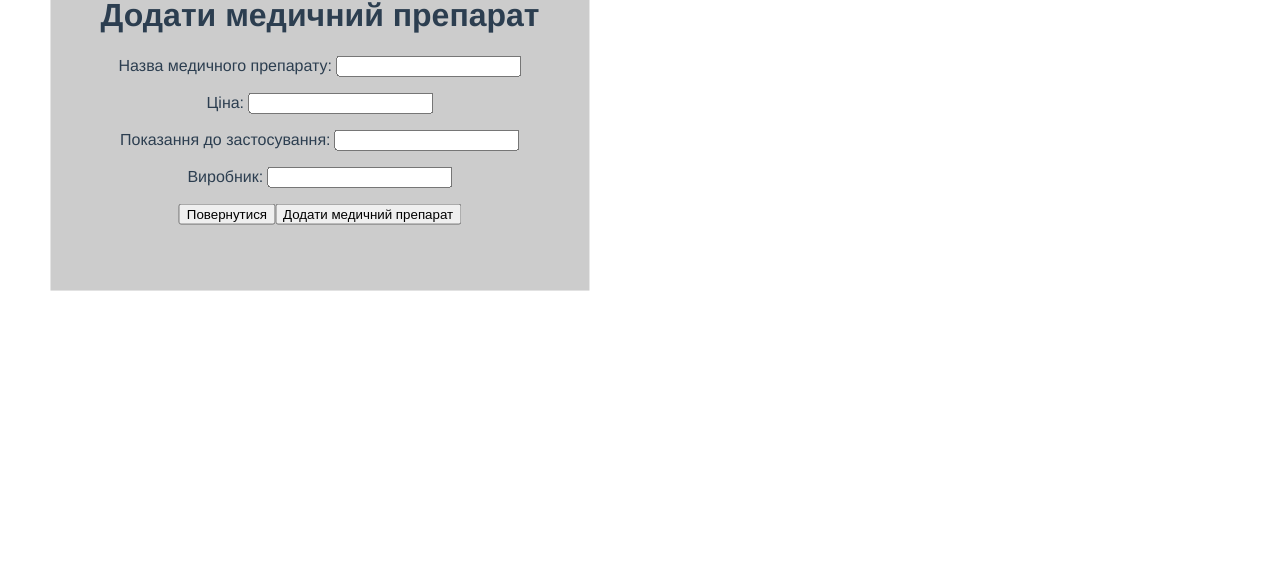
Repository: kristinap8/pharmacy
Page: /add_medicine
The author's editor kept a copy of each file at every save. The page is drawn from the files as they stood at one save, then again after the next save.
The browser window is 1280 px wide. The pictures show the whole page.
The project was rebuilt for these pictures with package versions that can differ from the ones it lists, and the page was loaded fresh each time. Also part of the build but not shown: src/components/EditMedicineForm/index.vue, src/pages/EditMedicine/index.vue, src/components/MedicinesList/MedicineCard/index.vue, src/components/MedicinesList/index.vue, src/pages/AllMedicines/index.vue, src/components/CartForm/index.vue, src/pages/Cart/index.vue.

Above is the page before, as saved 2020-12-09 23:43:35.

### src/main.js
import Vue from 'vue'
import App from './App.vue'
import router from "./router"
import store from "./store"

Vue.config.productionTip = false

new Vue({
  store,
  router,
  render: h => h(App),
}).$mount('#app')

### src/App.vue
<template>
  <div id="app">
    <router-view/>
  </div>
</template>

<script>
export default {
  name: "App",
  components: {},
};
</script>

<style>
#app {
  font-family: Avenir, Helvetica, Arial, sans-serif;
  -webkit-font-smoothing: antialiased;
  -moz-osx-font-smoothing: grayscale;
  color: #2c3e50;
}
</style>

### src/router.js
import Vue from "vue";
import VueRouter from "vue-router";
import AddMedicine from "@/pages/AddMedicine";
import EditMedicine from "@/pages/EditMedicine";
import AllMedicines from "@/pages/AllMedicines";
import Cart from "@/pages/Cart";

Vue.use(VueRouter);

const routes=[
    {
        path:'/',
        name:'all-medicines',
        component:AllMedicines
    },
    {
        path:'/edit_medicine/:medicine_id',
        name:'edit-medicine',
        component:EditMedicine
    },
    {
        path:'/add_medicine',
        name:'add-medicine',
        component:AddMedicine
    },
    {
        path:'/cart',
        name:'cart',
        component:Cart
    },

]

const router=new VueRouter({
    mode:"history",
    routes
});

export default router;

### src/store/index.js
import Vue from "vue";
import Vuex from "vuex";
import { v4 as uuid_v4 } from 'uuid'

Vue.use(Vuex)
const store=new Vuex.Store({
    state:{
      medicinesList:[
          {
              id:1,
              name:'Но-шпа',
              price:60.48,
              requirements:"Спазми гладкої мускулатури, пов'язані з захворюваннями біліарного тракту: холецистолітіаз, холангіолітіаз, холецистит, перихолецистит, холангіт, папіліт. Спазми гладкої мускулатури при захворюваннях сечового тракту: нефролітіаз, уретролітіаз, пієліт, цистит, тенезми сечового міхура.",
              maker:"Chinoin (Угорщина)"

          },
          {
            id:2,
            name:"Діазолін",
            price:19.19,
            requirements:"Профілактика і лікування сезонного та алергічного риніту, полінозу, кропив'янки, харчової та медикаментозної алергії, дерматозів, що супроводжуються свербежем шкіри (екзема, нейродерміт).",
            maker:"Фармак ОАО (Україна, Київ)"

        },
        {
            id:3,
            name:"Амоксил",
            price:81.77,
            requirements:"Інфекції органів дихання, сечостатевої системи, травного тракту (у тому числі у комбінації з метронідазолом або кларитроміцином застосовують для лікування захворювань, асоційованих із Helicobacter pylori), шкіри та м’яких тканин, спричинені чутливими до лікарського засобу мікроорганізмами.",
            maker:"Киевмедпрепарат ОАО (Україна, Київ)"

        }
      ],
      cart:[],
      cartItemsCount:0
    },
    mutations:{
        addMedicine(state, data) {
            state.medicinesList.push({
             id: uuid_v4(),
             ...data,
           })
         },
         deleteMedicine(state,id){
             let medicines=state.medicinesList.filter(medicine=>medicine.id!=id)
             state.medicinesList=medicines;
         },
         editMedicine(state,medicine){
             state.medicinesList.forEach(m=>{
                 if(m.id==medicine.id){
                     m=medicine;
                 }
             } )
         },
         addToCart(state,medicine){
            let isMedicineExists=state.cart.find(m => m.id == medicine.id);

            if (isMedicineExists) {
                isMedicineExists.quantity ++;
                isMedicineExists.totalPrice = (isMedicineExists.quantity * isMedicineExists.price).toFixed(2);
            } else {
                state.cart.push(medicine);

                Vue.set(medicine, 'quantity', 1);
                Vue.set(medicine, 'totalPrice', medicine.price);
            }
             state.cartItemsCount++
         },
         deleteItemFromCart(state,medicine){
            let index = state.cart.indexOf(medicine);
            if (index > -1) {
                let item= state.cart[index];
                state.cartItemsCount -= item.quantity;
                state.cart.splice(index, 1);
            }
         }
    },
    actions:{
        addMedicine({ commit }, medicine) {
            commit('addMedicine', medicine)
         },
          deleteMedicine({commit},id){
              commit('deleteMedicine',id)
          },
          editMedicine({commit},medicine){
              commit('editMedicine',medicine)
          },
          addToCart({commit},medicine){
              commit('addToCart',medicine)
          },
          deleteItemFromCart({commit},medicine){
              commit("deleteItemFromCart",medicine)
          }

    },
    getters:{
        getMedicines:(state)=> state.medicinesList,
        getMedicineById:(state)=>(id)=>{return state.medicinesList.find(m=>m.id===id)},
        getMedicinesInCart:(state)=>state.cart,
     },
    modules:{

    }
})

export default store

### src/pages/AddMedicine/index.vue
<template>
    <div>
       <add-medicine-form/>
    </div>
</template>

<script>
import AddMedicineForm from "../../components/AddMedicineForm"
    export default {
        name:"AddMedicine",
        components: {
            AddMedicineForm,
        },
    }
</script>

<style lang="scss" scoped>

</style>

### src/components/AddMedicineForm/index.vue
<template>
    <div class="form">
        <h1>Додати медичний препарат</h1>
      <p class="form-row">
    <label>
        Назва медичного препарату:
        <input type="text" v-model="name"/>
    </label>
    </p>
    <p class="form-row">
    <label>
        Ціна:
        <input type="number" v-model="price"/>
    </label>
    </p>
    <p class="form-row">
    <label>
        Показання до застосування:
        <input type="text" v-model="requirements"/>
    </label>
    </p>
    <p class="form-row">
    <label>
        Виробник:
        <input type="text" v-model="maker"/>
    </label>
    </p>
    <p>
    <router-link to="/" tag="button" >Повернутися</router-link>
    <button @click="onAddMedicine" >
        Додати медичний препарат
    </button>
    </p>
    </div>
</template>

<script>
import { mapActions } from 'vuex'

    export default {
        name:"AddMedicineForm",
        data() {
            return {
            name: null,
            price: null,
            requirements: null,
            maker: null,
            }
        },
        methods: {
            ...mapActions(['addMedicine']),
            onAddMedicine() {
                const{name,price,requirements,maker}=this
                this.addMedicine({
                    name,
                    price,
                    requirements,
                    maker
                })
                this.$router.push('/')
            }
        },
    }
</script>

<style lang="scss" scoped>
.form{
    text-align: center;
    padding: 50px;
    background: #ccc;
    position: fixed;
    top: 15%; left: 25%;
    -webkit-transform: translate(-50%, -50%);
  -ms-transform: translate(-50%, -50%);
  transform: translate(-50%, -50%);

}


</style>

Loaded but not shown: public/index.html (common file)

After the next save:
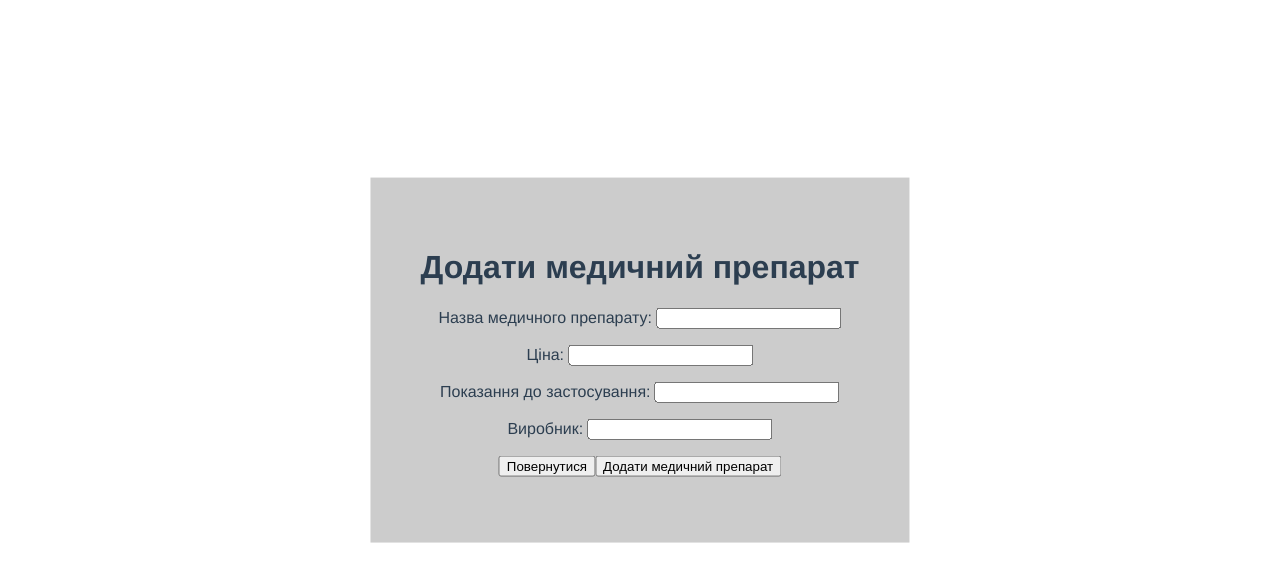
Saved 15 s later.
--- a/src/components/AddMedicineForm/index.vue
+++ b/src/components/AddMedicineForm/index.vue
@@ -69,7 +69,7 @@ import { mapActions } from 'vuex'
     padding: 50px;
     background: #ccc;
     position: fixed;
-    top: 15%; left: 25%;
+    top: 50%; left: 50%;
     -webkit-transform: translate(-50%, -50%);
   -ms-transform: translate(-50%, -50%);
   transform: translate(-50%, -50%);
